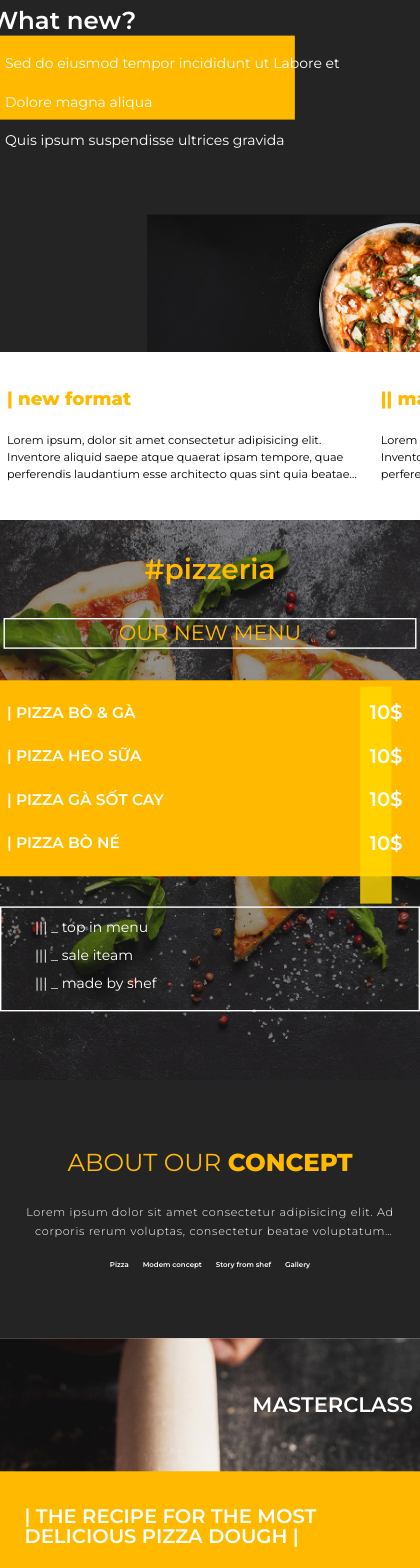
Repository: phu1204/pizzeria.github.io
Page: index.html
The author's editor kept a copy of each file at every save. The page is drawn from the files as they stood at one save, then again after the next save.
The browser window is 600 px wide. The pictures show the part of the page from y = 857 to 3097 px (the page is 6964 px tall), at 70% of full size.
The style sheet was rebuilt from its Sass, Less or Tailwind sources for each picture, by a compiler version that may differ from the author's.

Above is the page before, as saved 2021-07-29 23:21:31.

After the next save:
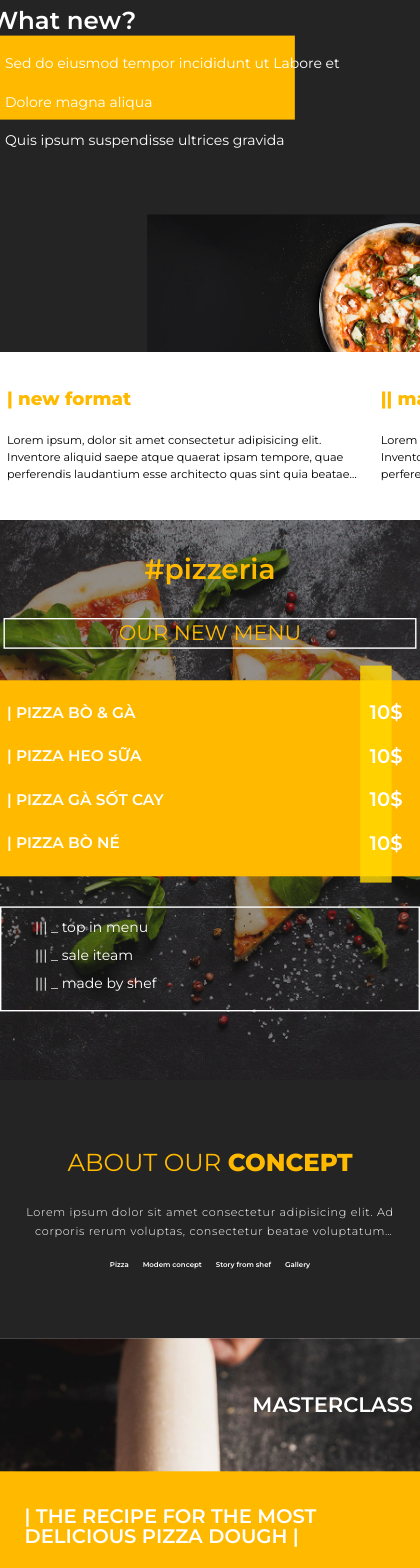
Saved 4 s later.
--- a/scss/_menu.scss
+++ b/scss/_menu.scss
@@ -204,7 +204,7 @@
     }
     &-list::after{
       height: 310px;
-      top: 70%;
+      top: 60%;
       right: 3%;
     }
     &-bottom{
